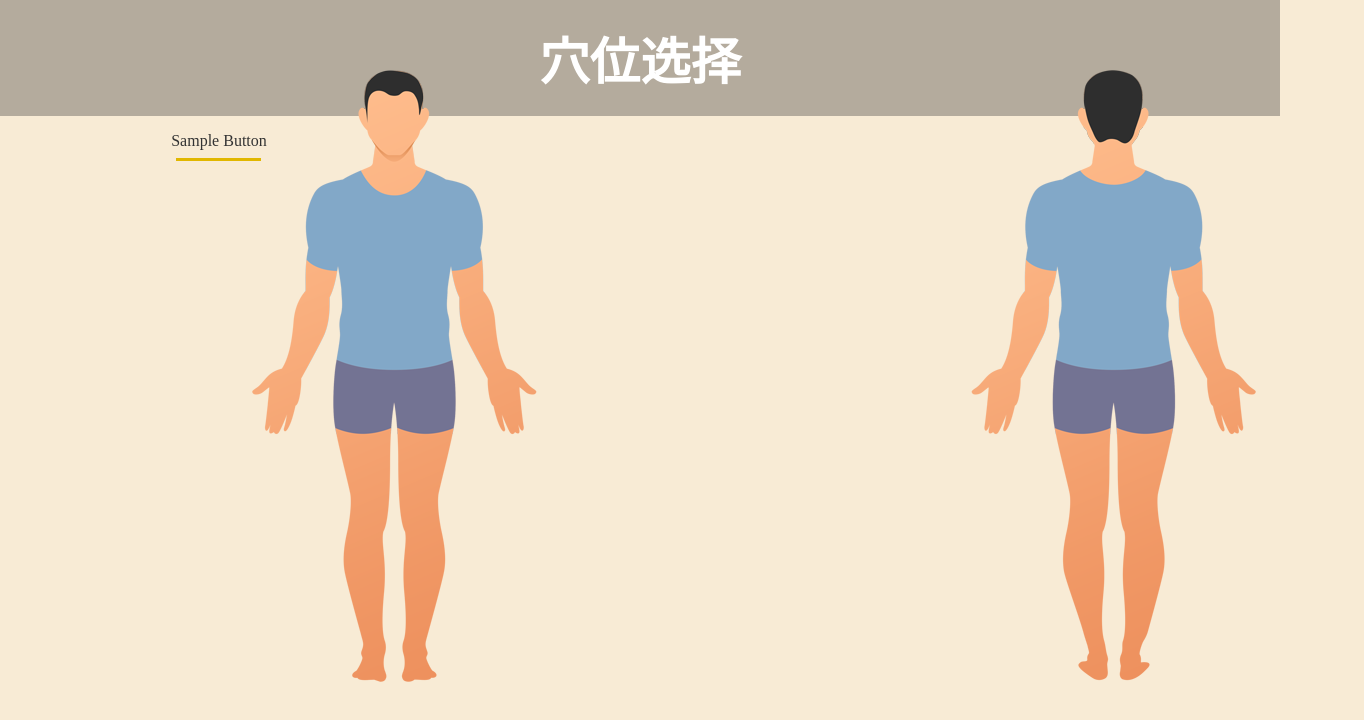
Repository: chjyume/zhongyi
Page: xuewei.html
These files come from the project's save history. The page is drawn as it stood at one moment and after the next save; the edit follows.
The browser window is 1280 px wide. The page is 1364 px wide, so the pictures cover 1364 px, including what lies to the right of the window. The pictures show the whole page.

Above is the page before, as saved 2023-09-12 20:07:30.

After the next save:
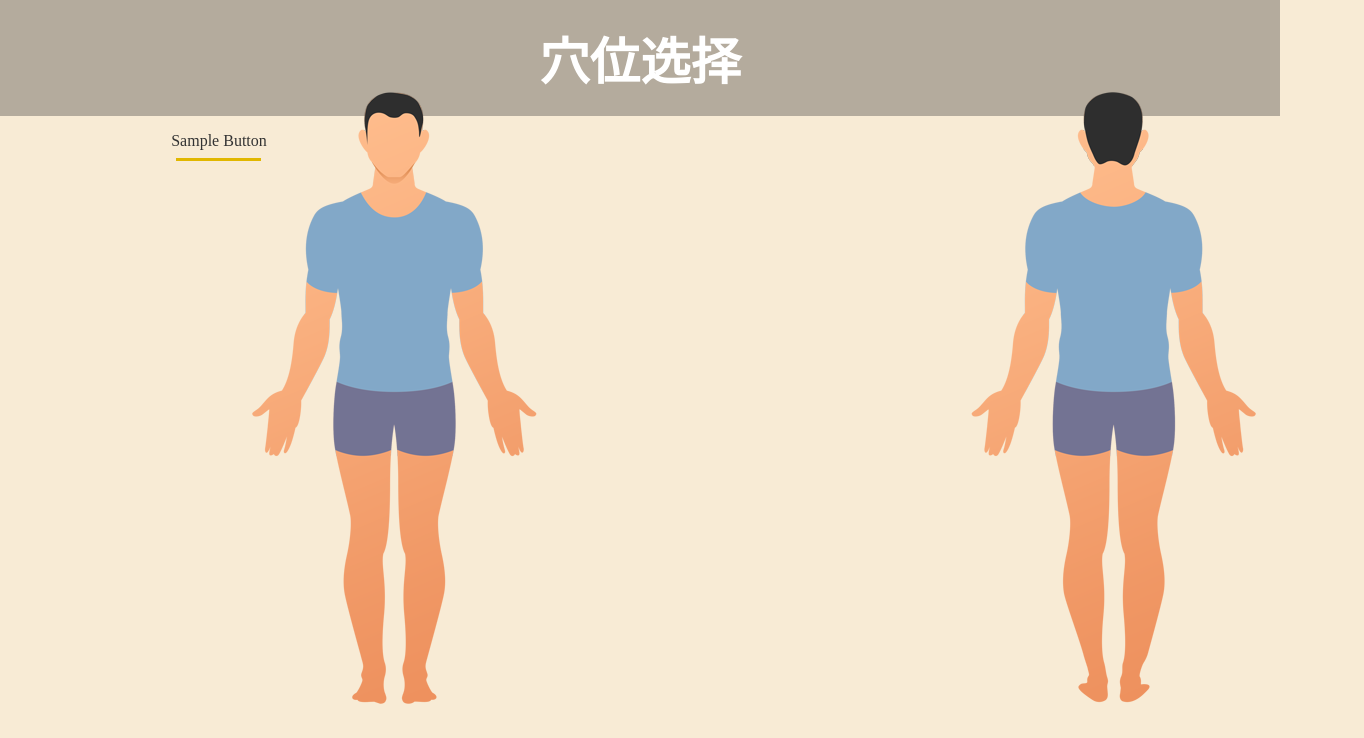
Saved 12 s later.
--- a/css/xuewei.css
+++ b/css/xuewei.css
@@ -21,13 +21,13 @@ margin: 0;
 }
 .img1{
     position: absolute;
-    top:5vh;
+    top:8vh;
     left:20vh;
     z-index: 1;
 }
 .img2 {
     position: absolute;
-    top: 5vh;
+    top: 8vh;
     left: 120vh;
     z-index: 1;
 }
